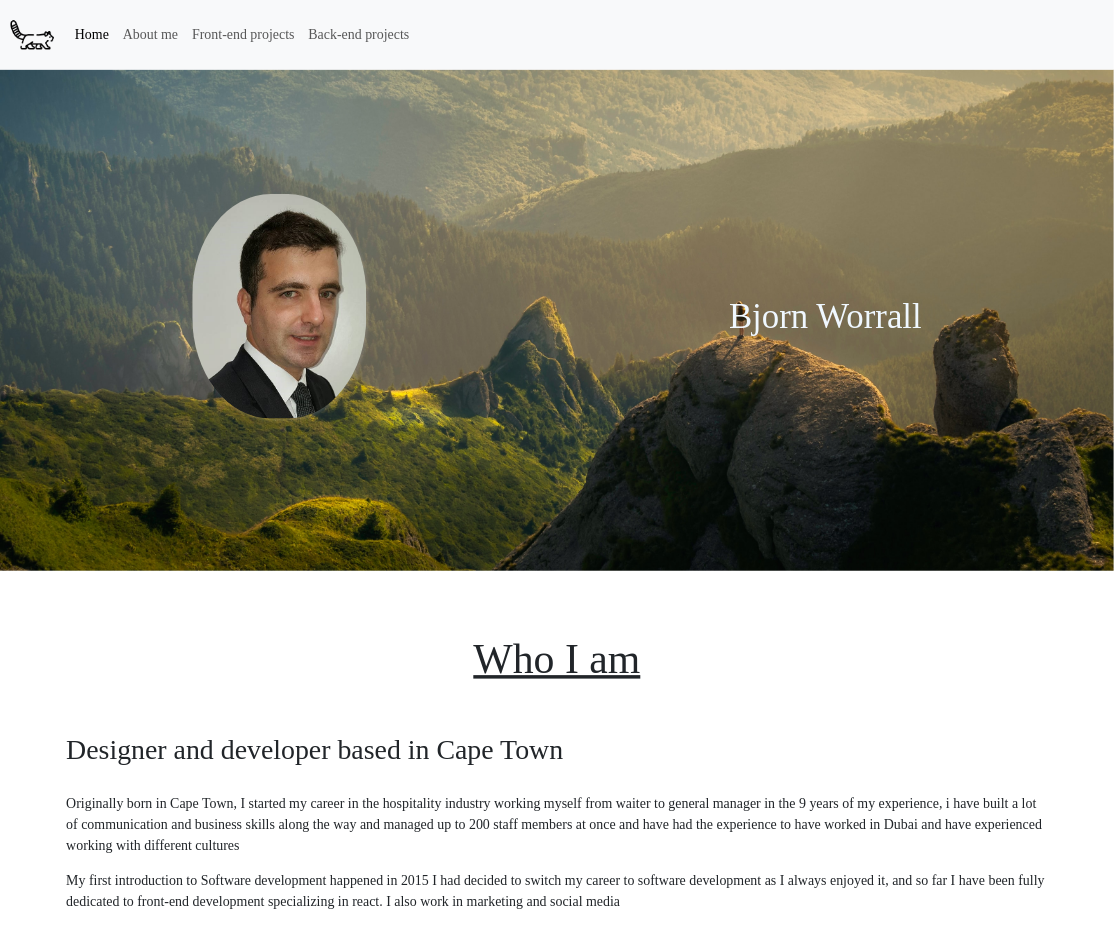
Repository: lasity34/portfolio
Page: index.html
These files come from the project's save history. The page is drawn as it stood at one moment and after the next save; the edit follows.
The browser window is 1280 px wide. The pictures show the whole page, at 87% of full size.
Backgrounds fixed to the window are drawn as part of the page. Some web fonts or font styles are not loaded; a fallback is used.

Above is the page before, as saved 2023-03-13 16:35:43.

After the next save:
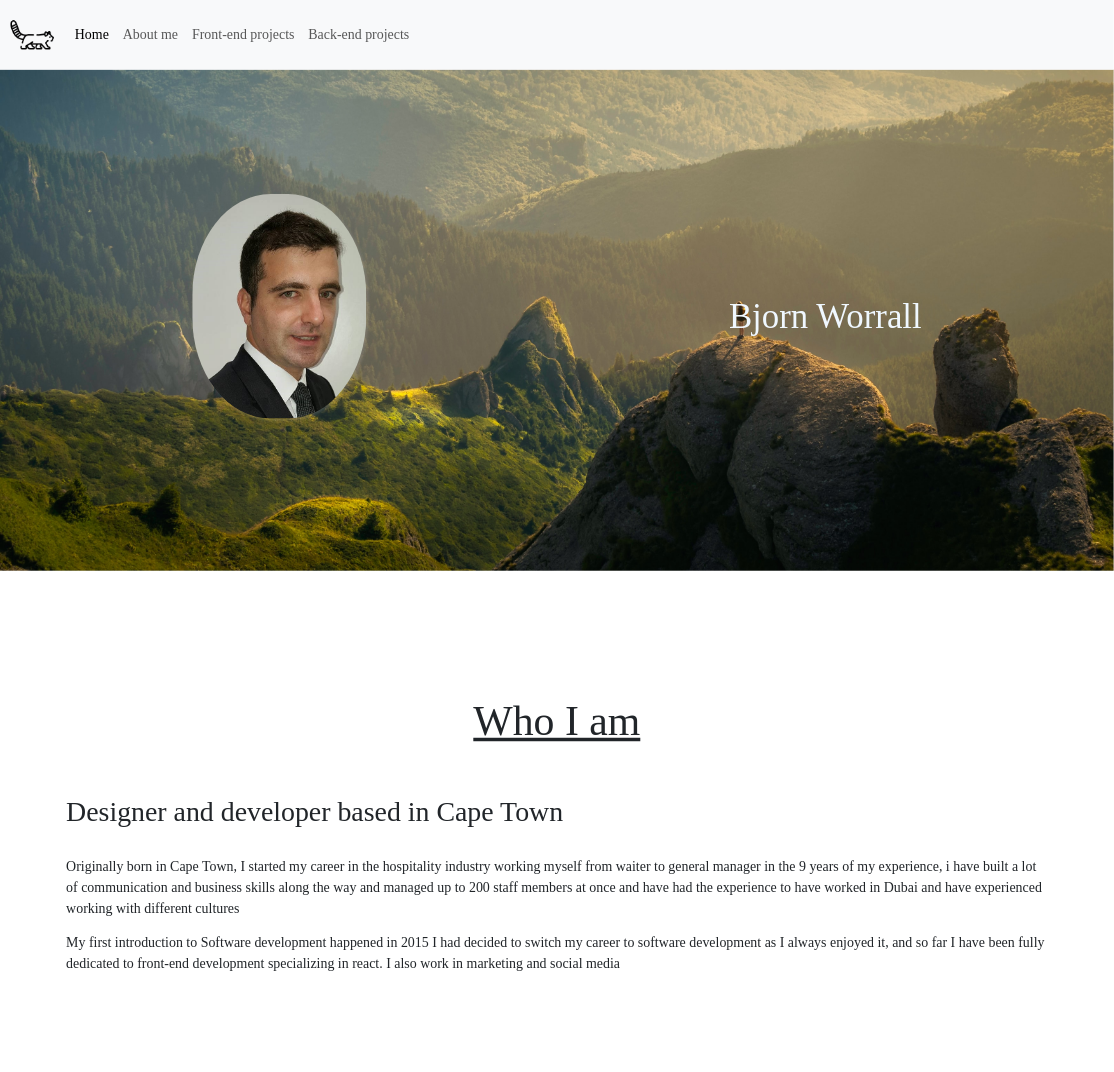
Saved 30 s later.
--- a/styles.css
+++ b/styles.css
@@ -80,7 +80,7 @@ body, html {
 
 
 .about_container {
-    height: 60vh;
+    height: 80vh;
     max-width: 90%;
     display: flex;
     align-items: center;
